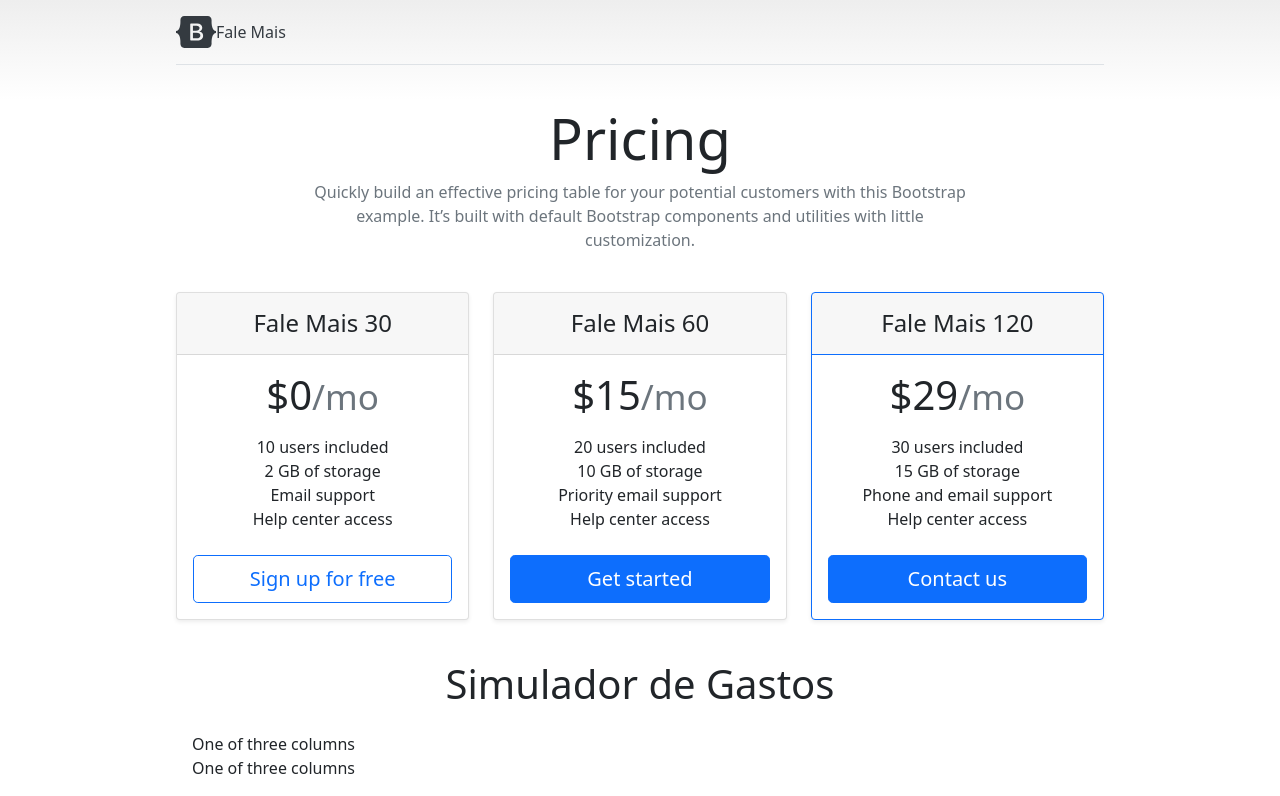
Repository: JuniorMagalhaesDeAlcantara/Fale-Mais
Page: src/resource/index.html
The author's editor kept a copy of each file at every save. The page is drawn from the files as they stood at one save, then again after the next save.
The browser window is 1280 px wide. The pictures show the whole page.

Above is the page before, as saved 2022-08-02 14:50:39.

After the next save:
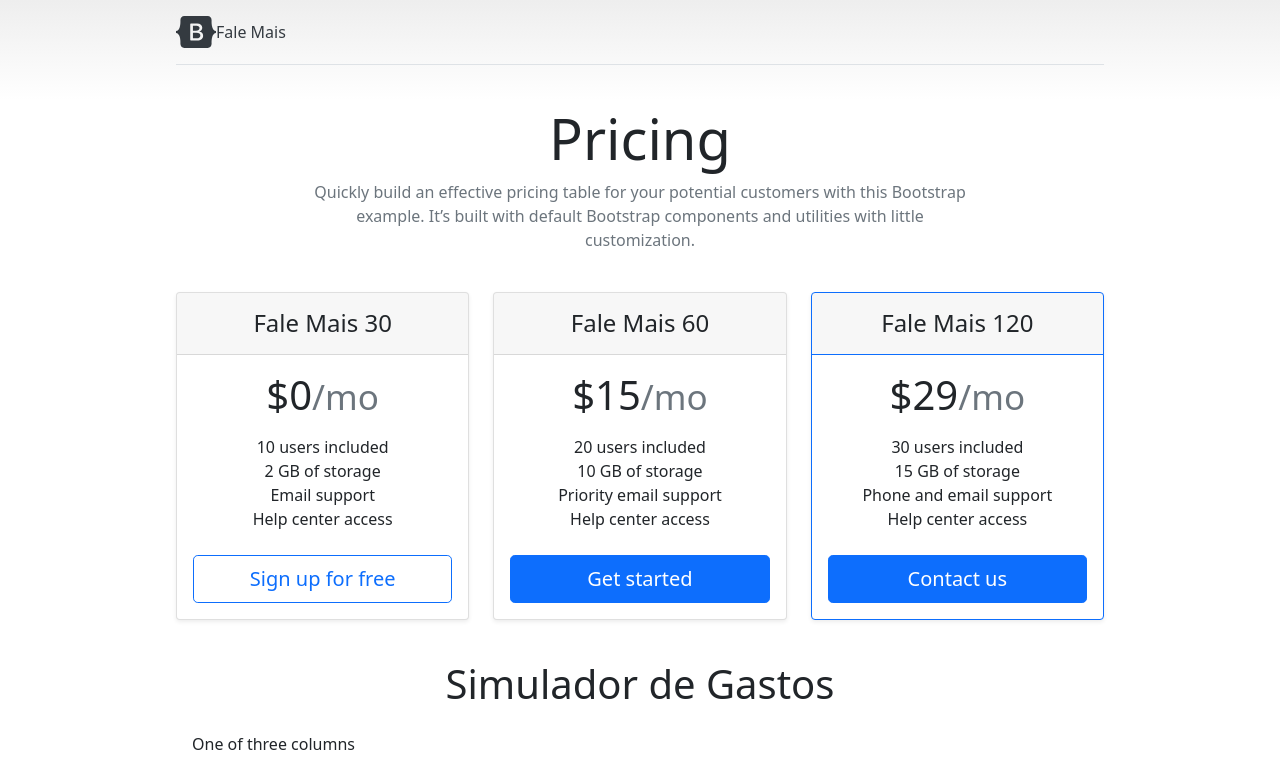
Saved 11 s later.
--- a/src/resource/index.html
+++ b/src/resource/index.html
@@ -102,9 +102,7 @@
               <div class="col align-self-center">
                 One of three columns
               </div>
-              <div class="col align-self-end">
-                One of three columns
-              </div>
+
             </div>
           </div>
       </footer>
